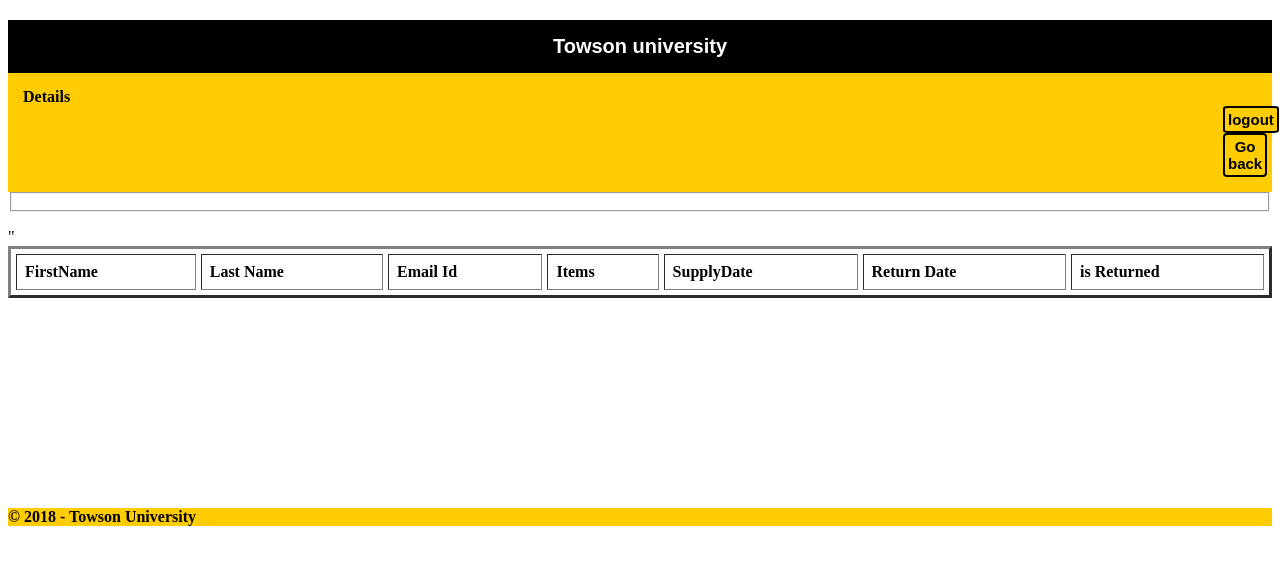
Repository: DatabaseCOSC578/eclipse-workspace11
Page: http://localhost/Supervisor/Supervisorshow.jsp
These files come from the project's save history. The page is drawn as it stood at one moment and after the next save; the edit follows.
The browser window is 1280 px wide. The pictures show the whole page.
The page is served by Tomcat 9. Other server files are loaded and not shown. Queries for data that is not in the repository find no rows.

Above is the page before, as saved 2018-04-16 12:07:30.

### Supervisor/WebContent/Supervisorshow.jsp
<%@page import="java.sql.*"%>
<%@page import="java.lang.*"%>
<%@page import="java.util.*"%>
<html>
<head>
    <link href="css/layout1.css" rel="stylesheet">
</head>

<body>
<header><center>Towson university</center></header>
<form name="inputdetails" action="" method="post" id="form1">
<div ><b>Details</b>

<button id ="b1" type="submit" formaction="Supervisor.jsp">logout</button>
<button id ="b1" type="submit" formaction="Supervisor.jsp">Go back</button>
</div>
<fieldset><center>

<!-- <b>CustId:</b> <input type=text style="width: 200px;" name="custid " placeholder="customer ID"><br><br> -->
<!-- <b>CustName:</b><input type=text style="width: 300px; align:center;" name="custname" placeholder="customer name "><br><br> -->
<!-- <b>Items:<b/><br/> -->
<!-- <textarea rows="5" cols="60"  maxlength="260" name="items" placeholder="Please enter Items List"> -->
<!-- </textarea> <br><br> -->
<!-- <input type=checkbox name="return" value=1>return<br><br> -->
<!-- Supplied date<input type=text name="sdate" placeholder="Supply Date" ><br><br> -->
<!-- Returned date<input type=text name="rdate" placeholder="Return Date" ><br><br> -->
<!-- <input type=submit value=submit> <br><br><br><br><br> -->

</center></fieldset>
</form>
<%
Connection con=null;
try {


//	 Connection con1=db.getconnection();


	 try{
		 Class.forName("com.mysql.jdbc.Driver");
		con = DriverManager.getConnection("jdbc:mysql://127.0.0.1:3306/supervision","root","root");
		System.out.println("Connection Object"+con+"HERERERERERERERERER");

}
catch(Exception e){
e.printStackTrace();
}


	 PreparedStatement ps=con.prepareStatement("select * from supervision.items");
	 ResultSet rs=ps.executeQuery();
	 System.out.println(rs.getRow()+"HERERERERRRR");
	 rs.beforeFirst();
	 //System.out.println(rs.isBeforeFirst());
	 System.out.println(rs.getRow()+"HERERABCDRR");


%>

"<TABLE  BORDER="3" colspan="2"  WIDTH="100%"   CELLPADDING="8" CELLSPACING="5">
		   <TR>
		   <TD><b>FirstName</b></TD>
		    <TD><b>Last Name</b></TD>
		    <TD><b>Email Id</b></TD>
		   <TD><b>Items</b></TD>
		    <TD><b>SupplyDate</b></TD>
		   <TD><b>Return Date</b></TD>
		   <TD><b>is Returned</b> </TD>
		   </TR>

	<%  int i=1;
	 while(rs.next()&&i<8){ %>
		 <TR>
		   <TD><%out.println(rs.getString(i)); %></TD>
		   <TD><%out.println(rs.getString(2)); %></TD>
		   <TD><%out.println(rs.getString(3));%></TD>
		    <TD><%out.println(rs.getString(4)); %></TD>
		   <TD><%out.println(rs.getString(6)); %></TD>
		   <TD><%out.println(rs.getString(7));%></TD>
		   <TD><% out.println(rs.getString(5));%></TD>
		   </TR>
		 <% //System.out.println(rs.getString(i)+"      "+rs.getString(2)+"                  "+rs.getString(3)+"                  "+rs.getString(4)+"                  "+rs.getString(5)+"      "+rs.getString(6)+"      "+rs.getString(7));
	%>
		   <%
	 }
	 }
	 catch(Exception e) {
		 e.printStackTrace();
	 }
%>

		   </TABLE>

</body>
<footer> &copy 2018 - Towson University</footer>
</html>

### Supervisor/WebContent/css/layout1.css
header {
	position: relative;
	color: #FFFFFF;
	font-family: sans-serif;
	font-size: 20px;
	text-align:left;
	background-color: #000000;
	margin: 20;
	margin-left:0;
	margin-bottom:0;
	margin-right:0;

	padding: 15;
	font-weight:700;
}

div {
	background-color: #fc0;
	margin: 0;
	margin-top:0;
	padding: 15;
}

#fs {
	margin-top: 5;
	border: solid;
}

footer {
	font-weight: 800;
	text-color: solid #000000;
	background-color: #fc0;
	margin-top: 210;
}
textarea{
	resize:none;
	border-radius:5%;
}
input[type="submit"] {
	align:center;
	margin: 20px;
	background-color: #fc0;
	padding: 3;
	text-align:center;
	text-weight: 700;
	border: solid 2px;
	font-size: 15;
	border-radius: 9%;
}
input[type="submit"]:hover {
	cursor:pointer;
}

#abc{
align:center;
margin-left:800;
}

#b1 {
		align:center;
	margin-left: 1200;
	background-color: #fc0;
	padding: 3;
	text-align:center;
	text-weight: 700;
	border: solid 2px;
	font-size: 15;
	font-weight:700;
	border-radius: 9%;
	position:relative;
}

#b1:hover {
	cursor:pointer;
}

#hash {
	background-color: #fc0;
}

After the next save:
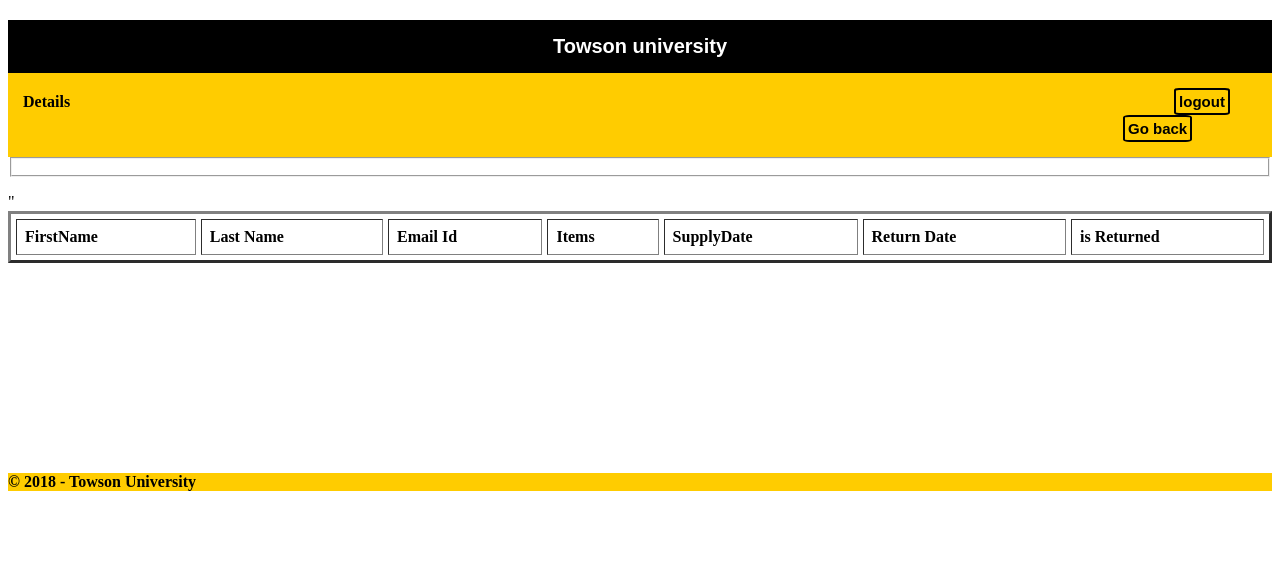
Saved 28 s later.
--- a/Supervisor/WebContent/css/layout1.css
+++ b/Supervisor/WebContent/css/layout1.css
@@ -58,7 +58,7 @@
 
 #b1 {
 		align:center;
-	margin-left: 1200;
+	margin-left: 1100;
 	background-color: #fc0;
 	padding: 3;
 	text-align:center;

After the save that followed:
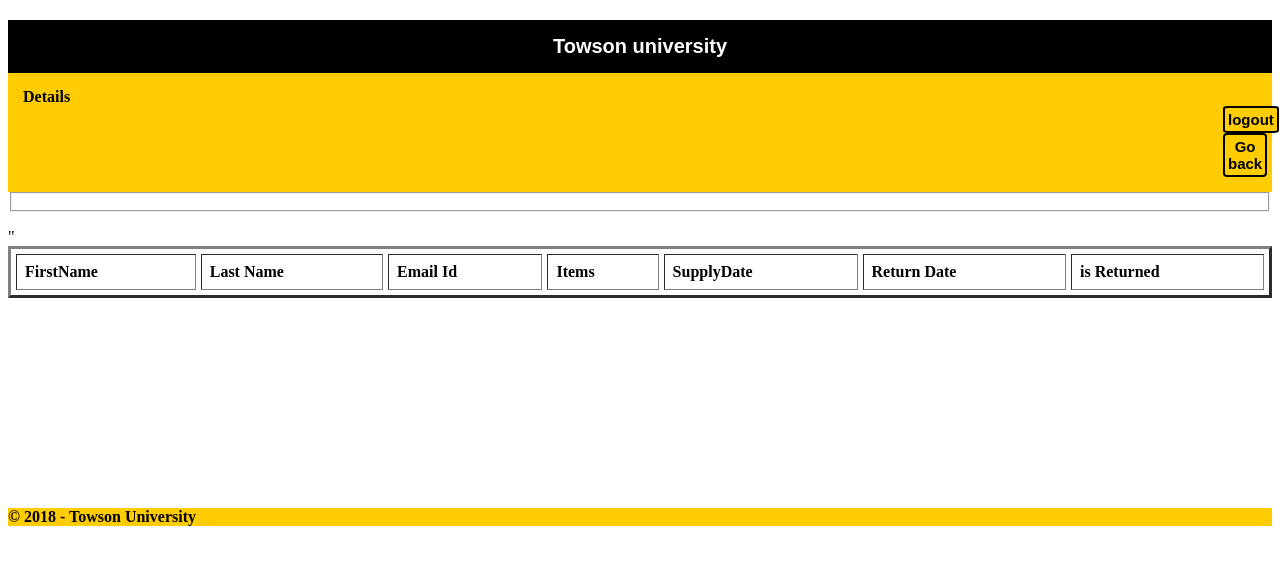
Saved 27 s later.
--- a/Supervisor/WebContent/css/layout1.css
+++ b/Supervisor/WebContent/css/layout1.css
@@ -58,7 +58,7 @@
 
 #b1 {
 		align:center;
-	margin-left: 1100;
+	margin-left: 1200;
 	background-color: #fc0;
 	padding: 3;
 	text-align:center;
